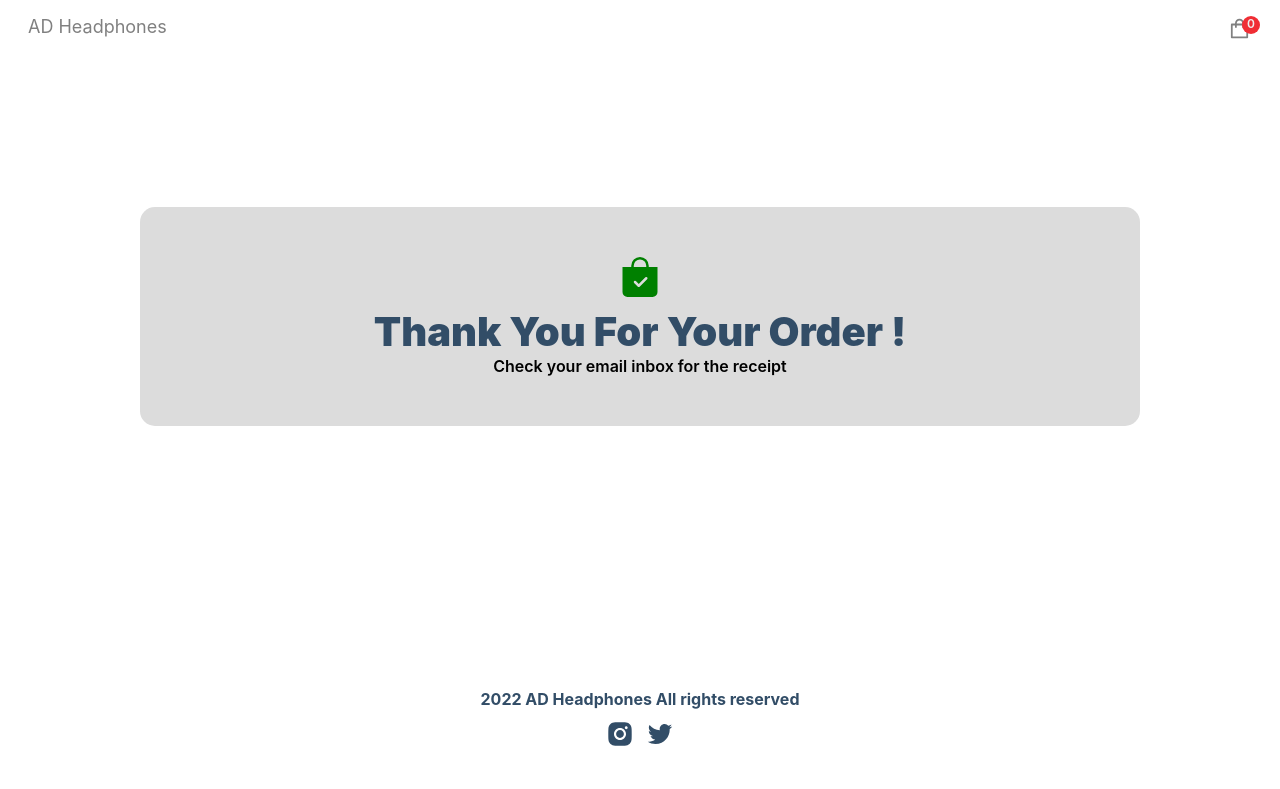
Repository: Ayush-dixit-15/AD_Headphones
Page: /success
An editor plug-in stored every save of this project. The page is shown before and after the next save, followed by the edit.
The browser window is 1280 px wide. The pictures show the whole page.
The project was rebuilt for these pictures with package versions that can differ from the ones it lists, and the page was loaded fresh each time. The framework's server and built-in components were replaced by stand-ins that run in the browser. Also part of the build but not shown: next.config.js, lib/client.js, lib/getStripe.js, components/Cart.jsx, components/FooterBanner.jsx, components/Product.jsx, components/MainBanner.jsx.

Above is the page before, as saved 2022-07-25 17:54:01.

### pages/_app.js
import React from 'react'
import { Toaster } from 'react-hot-toast';
import { Layout } from '../components'
import '../styles/globals.css';
import { StateContext } from '../context/StateContext';


function MyApp({ Component, pageProps }) {
  return(
    <StateContext>
    <Layout>
      <Toaster/>
     <Component {...pageProps} />
     </Layout>
     </StateContext>

    //  in react what happens is that if any component is inside another component then the inner one is considered to be the children and can be called at any point of time in the parent by passing simply the {children} prop and rendering it
  )
}

export default MyApp

### pages/success.js
import React, {useState,useEffect} from 'react'
import Link from 'next/link'
import { BsBagCheckFill } from 'react-icons/bs';
import { useStateContext } from '../context/StateContext';

const Success = () => {
    const { setCartItems, setTotalPrice, setTotalQuantities } = useStateContext();
    const [order, setOrder] = useState(null)
  return (
    <div className="success-wrapper">
        <div className="success">
            <p className="icon">
                <BsBagCheckFill/>
            </p>
            <h2>
                Thank you for your order !
            </h2>
            <p className="email-msg">
                Check your email inbox for the receipt
            </p>
        </div>
    </div>
  )
}

export default Success

### components/index.js
export { default as Footer } from './Footer'
export { default as Layout } from './Layout'
export { default as FooterBanner } from './FooterBanner'
export { default as Cart } from './Cart'
export { default as Navbar } from './Navbar'
export { default as Product } from './Product'
export { default as MainBanner} from './MainBanner'

### context/StateContext.js
import React, { createContext, useContext, useState, useEffect } from 'react';
import { toast } from 'react-hot-toast';

const Context = createContext();

export const StateContext = ({ children }) => {
  const [showCart, setShowCart] = useState(false);
  const [cartItems, setCartItems] = useState([]);
  const [totalPrice, setTotalPrice] = useState(0);
  const [totalQuantities, setTotalQuantities] = useState(0);
  const [qty, setQty] = useState(1);

  let foundProduct;
  let index;

  const onAdd = (product, quantity) => {
    const checkProductInCart = cartItems.find((item) => item._id === product._id);

    setTotalPrice((prevTotalPrice) => prevTotalPrice + product.price * quantity);
    setTotalQuantities((prevTotalQuantities) => prevTotalQuantities + quantity);

    if(checkProductInCart) {
      const updatedCartItems = cartItems.map((cartProduct) => {
        if(cartProduct._id === product._id) return {
          ...cartProduct,
          quantity: cartProduct.quantity + quantity
        }
      })

      setCartItems(updatedCartItems);

            // this logic simply checks of the order that the user is trying to add in the cart already exists in the cart . If yes, a new instance will not be created but the old one will be updated.If not, a new instance will be created
        } else {
            product.quantity = quantity;

            setCartItems([...cartItems, { ...product }]);
          }

          toast.success(`${qty} ${product.name} added to the cart.`);
        }

        const onRemove = (product) => {
          foundProduct = cartItems.find((item) => item._id === product._id);
          const newCartItems = cartItems.filter((item) => item._id !== product._id);

          setTotalPrice((prevTotalPrice) => prevTotalPrice -foundProduct.price * foundProduct.quantity);
          setTotalQuantities(prevTotalQuantities => prevTotalQuantities - foundProduct.quantity);
          setCartItems(newCartItems);
        }

        const toggleCartItemQuanitity = (id, value) => {
          foundProduct = cartItems.find((item) => item._id === id)
          index = cartItems.findIndex((product) => product._id === id);
          const newCartItems = cartItems.filter((item) => item._id !== id)

          if(value === 'inc') {
            setCartItems([...newCartItems, { ...foundProduct, quantity: foundProduct.quantity + 1 } ]);
            setTotalPrice((prevTotalPrice) => prevTotalPrice + foundProduct.price)
            setTotalQuantities(prevTotalQuantities => prevTotalQuantities + 1)
          } else if(value === 'dec') {
            if (foundProduct.quantity > 1) {
              setCartItems([...newCartItems, { ...foundProduct, quantity: foundProduct.quantity - 1 } ]);
              setTotalPrice((prevTotalPrice) => prevTotalPrice - foundProduct.price)
              setTotalQuantities(prevTotalQuantities => prevTotalQuantities - 1)
            }
          }
        }

        const incQty = () => {
          setQty((prevQty) => prevQty + 1);
        }

        const decQty = () => {
          setQty((prevQty) => {
            if(prevQty - 1 < 1) return 1;

            return prevQty - 1;
          });
        }

        return (
          <Context.Provider
            value={{
              showCart,
              setShowCart,
              cartItems,
              totalPrice,
              totalQuantities,
              qty,
              incQty,
              decQty,
              onAdd,
              toggleCartItemQuanitity,
              onRemove,
              setCartItems,
              setTotalPrice,
              setTotalQuantities
            }}
          >
            {children}
          </Context.Provider>
        )
      }

      export const useStateContext = () => useContext(Context);

### components/Footer.jsx
import React from 'react'
import { AiFillInstagram, AiOutlineTwitter } from 'react-icons/ai';

const Footer = () => {
  return (
    <div className='footer-container'>
      <p>
        2022 AD Headphones All rights reserved
      </p>
      <p className="icons">
        <AiFillInstagram/>
        <AiOutlineTwitter/>
      </p>
    </div>
  )
}

export default Footer

### components/Layout.jsx
import React from 'react'
import Head from 'next/head'
import Navbar from './Navbar'
import Footer from './Footer'

const Layout = ({children}) => {
  return (
    <div className='layout'>
      <Head>
        <title>
          Ayush's Store
        </title>
      </Head>
      <header>
        <Navbar/>
      </header>
      <main className="main-container">
        {children}
      </main>
      <footer>
        <Footer/>
      </footer>
    </div>

  )
}

export default Layout

### components/Navbar.jsx
import React from 'react';
import Link from 'next/link';
import { AiOutlineShopping } from 'react-icons/ai'
import Cart from './Cart';
import { useStateContext } from '../context/StateContext';

const Navbar = () => {
  const{ showCart, setShowCart, totalQuantities }= useStateContext();
  return (
    <div className='navbar-container'>
      <p className='logo'>
        <Link href= "/"> AD Headphones </Link>
      </p>
      <button type="button" className='cart-icon' onClick={()=> setShowCart(true)}>
        <AiOutlineShopping/>
        <span className='cart-item-qty'>{totalQuantities}</span>
      </button>
      {showCart && <Cart/>}
    </div>
  )
}

export default Navbar

Loaded but not shown: styles/globals.css (common file)

After the next save:
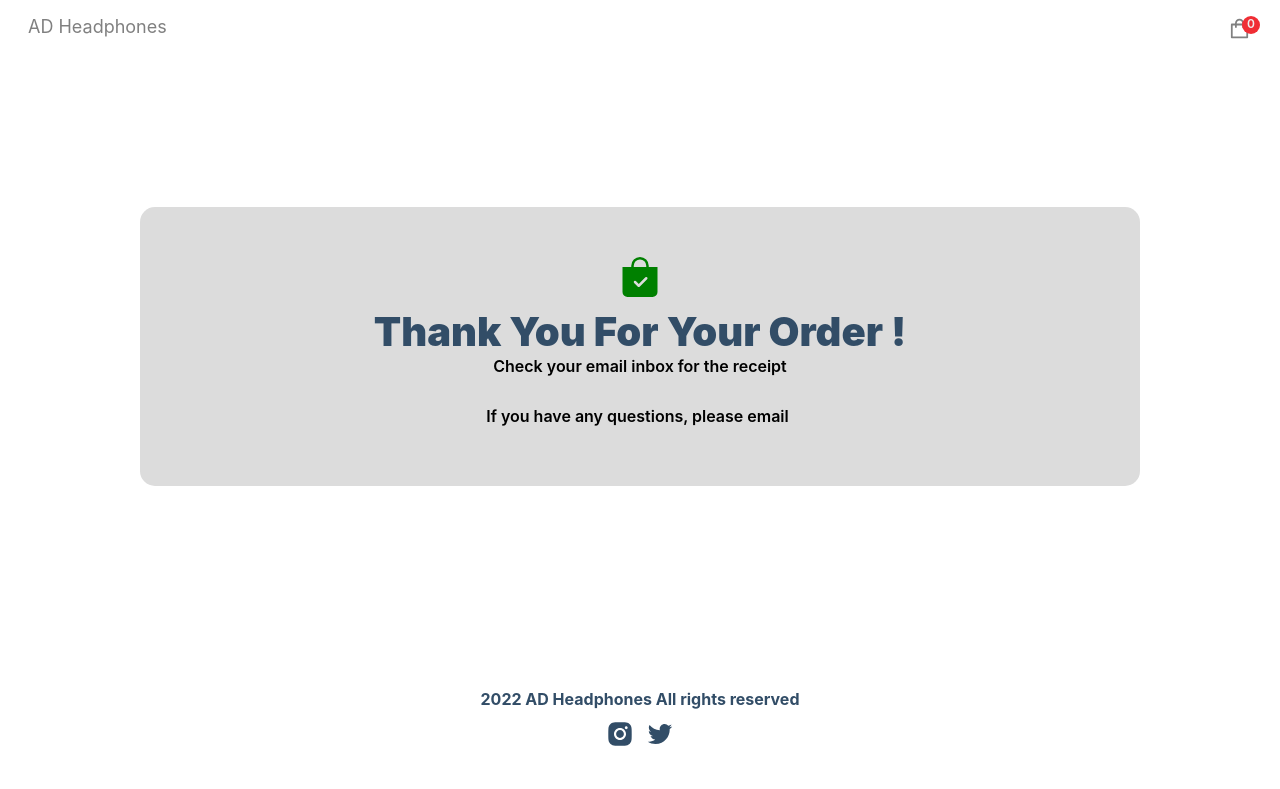
Saved 65 s later.
--- a/pages/success.js
+++ b/pages/success.js
@@ -18,6 +18,10 @@ const Success = () => {
             <p className="email-msg">
                 Check your email inbox for the receipt
             </p>
+            <p className="description">
+                If you have any questions, please email
+                <a href="mailto:order@example.com" className="email"></a>
+            </p>
         </div>
     </div>
   )
